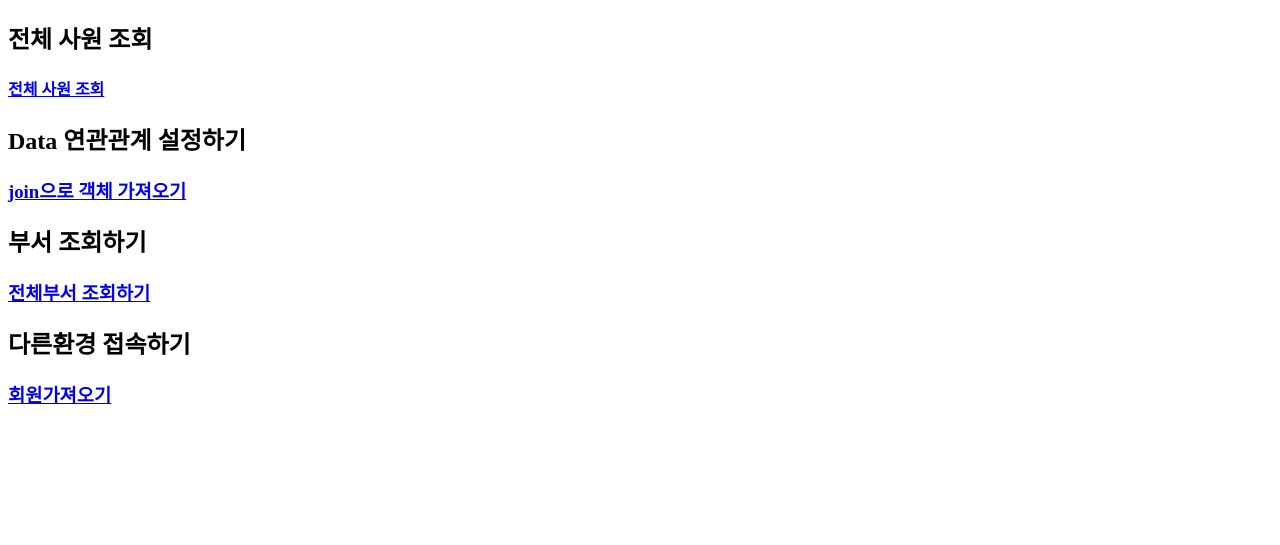
Repository: HSH-1616/JavaAcademy
Page: http://localhost/02_mybatis_dy/
An editor plug-in stored every save of this project. The page is shown before and after the next save, followed by the edit.
The browser window is 1280 px wide. The pictures show the whole page.
The page is served by Tomcat 9.

Above is the page before, as saved 2023-07-08 16:05:42.

After the next save:
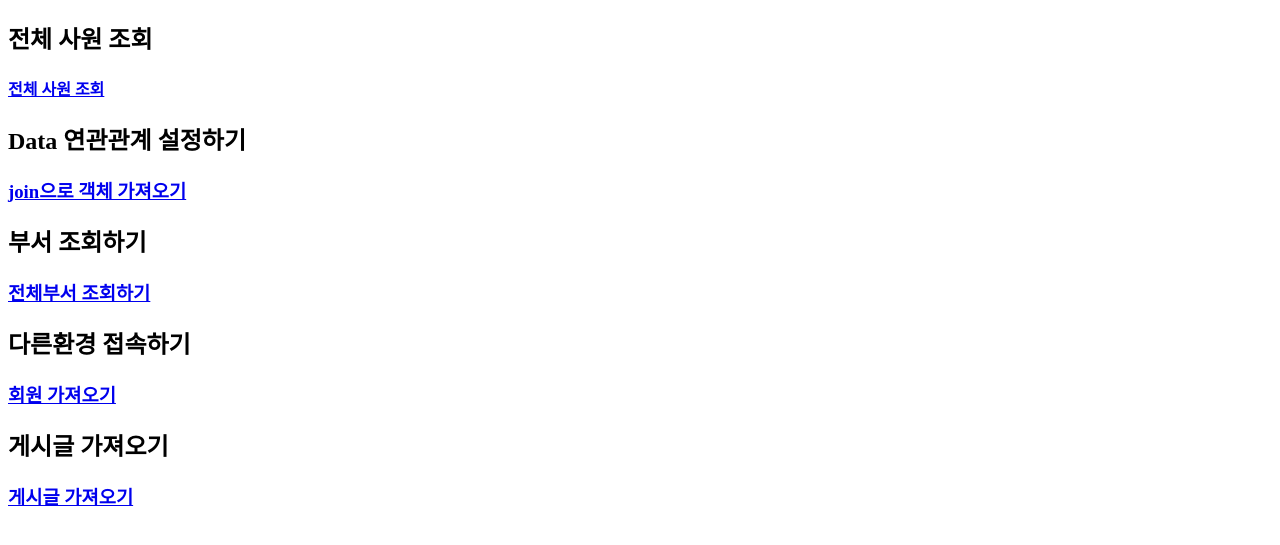
Saved 50 s later.
--- a/BackEnd/MyBatis/MyBatisWork/02_mybatis_dy/src/main/webapp/index.jsp
+++ b/BackEnd/MyBatis/MyBatisWork/02_mybatis_dy/src/main/webapp/index.jsp
@@ -27,8 +27,14 @@
 
 	<h2>다른환경 접속하기</h2>
 	<h3>
-		<a href="${path}/member.do">회원가져오기</a>
+		<a href="${path}/member.do">회원 가져오기</a>
 	</h3>
+
+	<h2>게시글 가져오기</h2>
+	<h3>
+		<a href="${path}/board.do">게시글 가져오기</a>
+	</h3>
+
 
 </body>
 </html>
